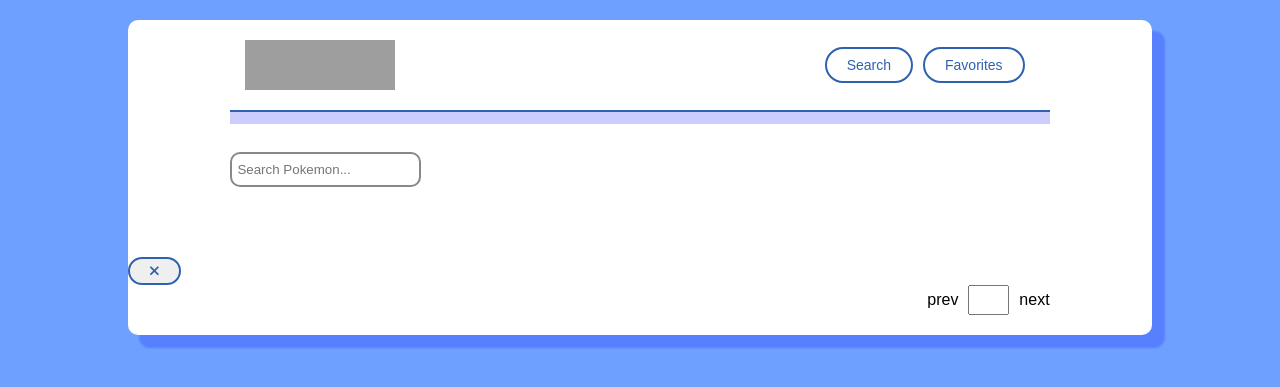
Repository: Rashiduulu/zeon-ithub-second-project
Page: index.html
These files come from the project's save history. The page is drawn as it stood at one moment and after the next save; the edit follows.
The browser window is 1280 px wide. The pictures show the whole page.
Pictures or frames that could not be fetched are drawn as grey boxes. The page's requests for data from a server got no answer.

Above is the page before, as saved 2022-11-12 21:56:14.

After the next save:
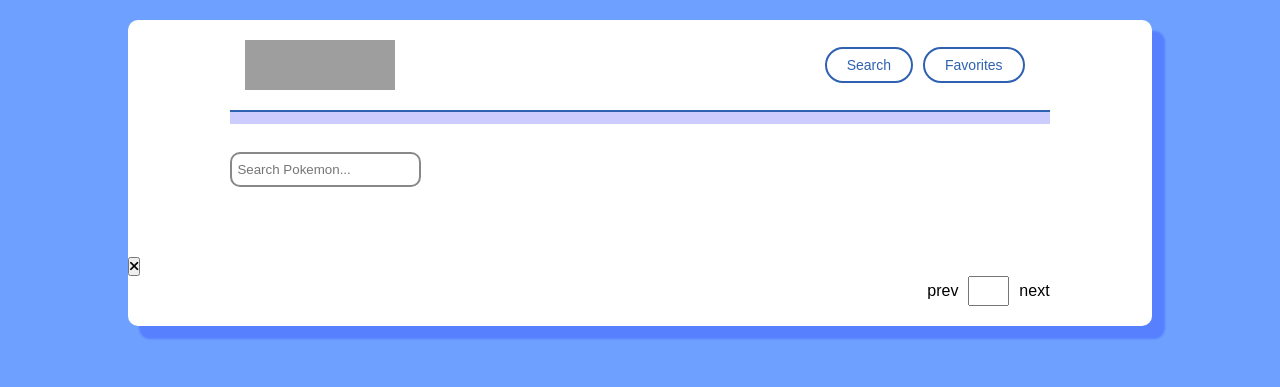
Saved 21 s later.
--- a/index.html
+++ b/index.html
@@ -35,7 +35,7 @@
         </div>
 
         <div class="pokemon-details">
-            <button type="button" class="btn recipe-close-btn" id="recipe-close-btn">
+            <button type="button" class="recipe-close-btn" id="recipe-close-btn">
                 <i class="fas fa-times"></i>
             </button>
 
